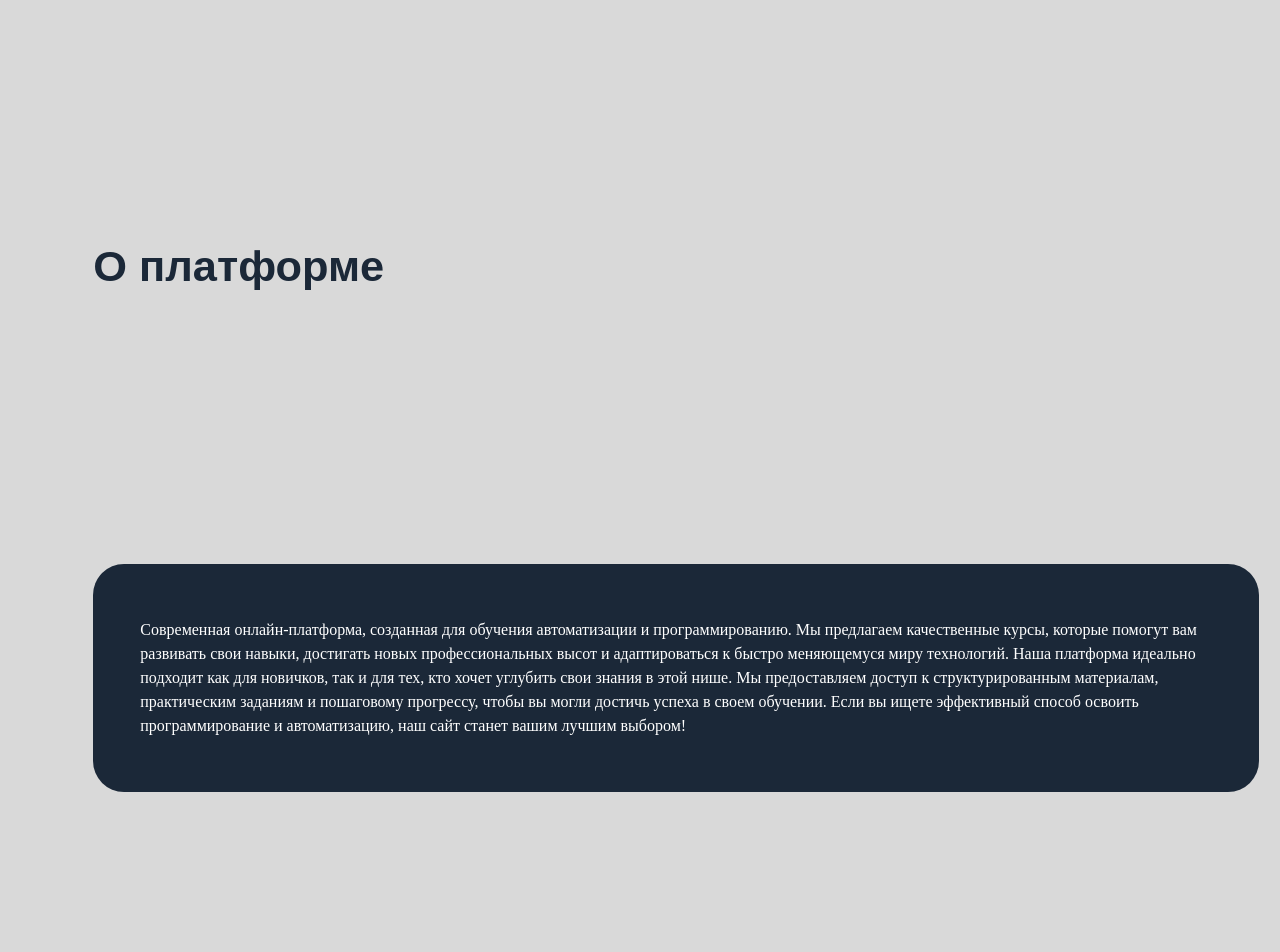
Repository: marjango/course
Page: /
These files come from the project's save history. The page is drawn as it stood at one moment and after the next save; the edit follows.
The browser window is 1280 px wide. The pictures show the part of the page from y = 949 to 1901 px (the page is 2106 px tall).
The project was rebuilt for these pictures with package versions that can differ from the ones it lists, and the page was loaded fresh each time. The framework's server and built-in components were replaced by stand-ins that run in the browser. Also part of the build but not shown: next.config.ts.

Above is the page before, as saved 2025-03-25 00:24:06.

After the next save:
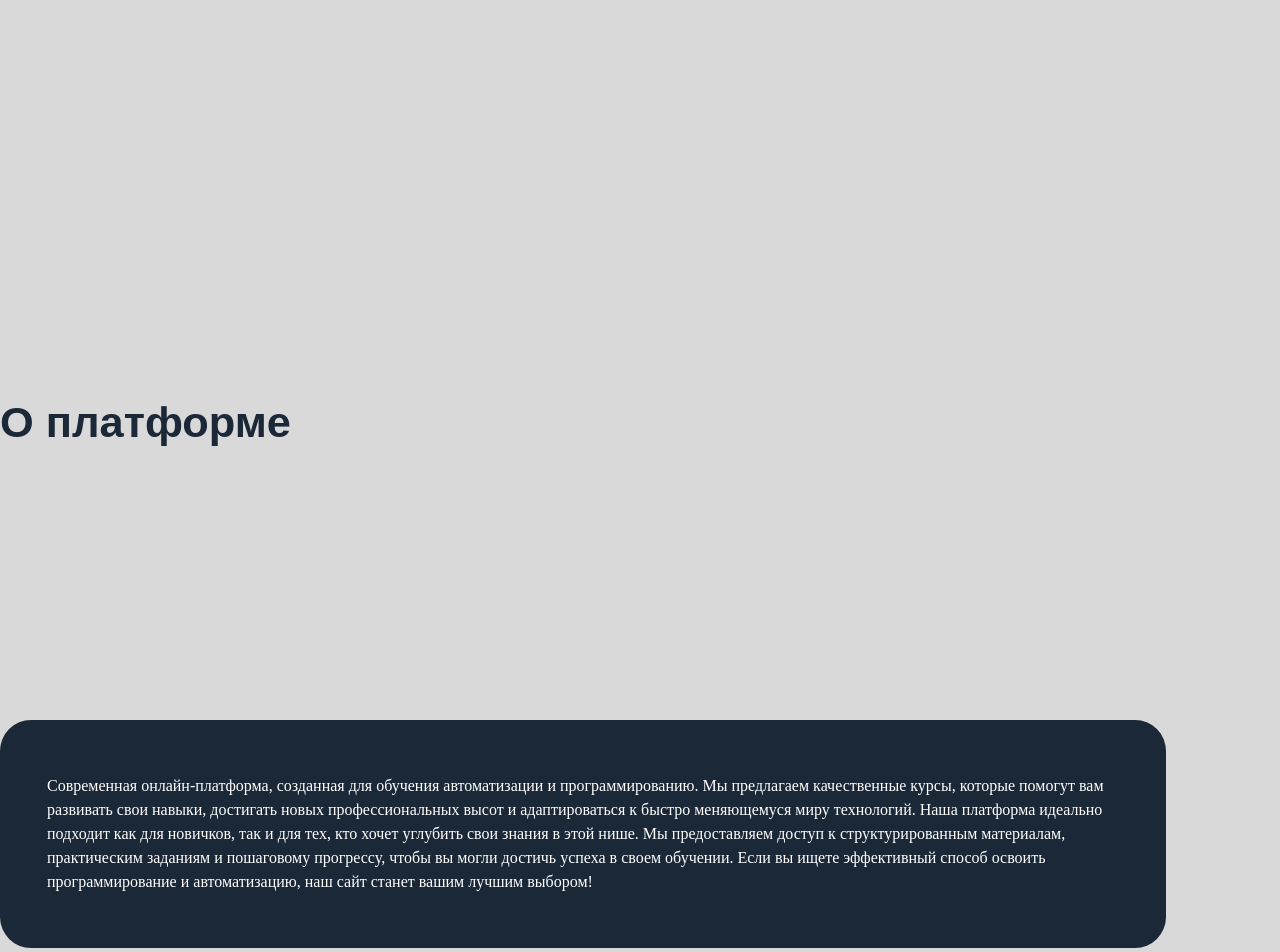
Saved 36 s later.
--- a/app/mainpage/main.module.css
+++ b/app/mainpage/main.module.css
@@ -124,7 +124,7 @@
   .about {
     height: 1253px;
     background-color: #D9D9D9;
-    padding: 7.03vw 7.29vw 0 7.29vw;
+    padding: 246px 143px 246px 0;
   }
   .about h1 {
     color: #1B2838;
